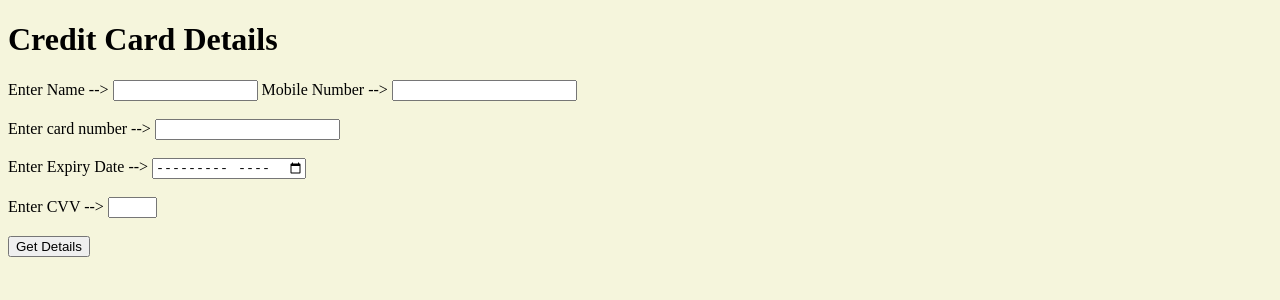
Repository: Amrinshaik/Day10
Page: CreditCardDetails/WebContent/creditCard.html
These files come from the project's save history. The page is drawn as it stood at one moment and after the next save; the edit follows.
The browser window is 1280 px wide. The pictures show the whole page.

Above is the page before, as saved 2018-09-06 09:37:36.

### CreditCardDetails/WebContent/creditCard.html
<!DOCTYPE html>
<html>
<head>
<meta charset="ISO-8859-1">
<title>Credit Card Details</title>

</head>
<h1>Credit Card Details</h1>
<body bgcolor="beige">
<form action="displaydetails"  method="post">

<label>Enter Name</label> -->
<input type="text" name="EmployeeName" size=15/>

<label>Mobile Number</label> -->
<input type="number" pattern="[7-9]{1}[0-9]{9}"  name="MobileNumber" maxlength="10">
<br></br>
<label>Enter card number</label> -->
<input type="number" name="Card Number"  size=16  maxlength="16">
<br></br>
<label>Enter Expiry Date</label> -->
<input type="month" name="Expiry Date" size=10/>
<br></br>
<label>Enter CVV</label> -->
<input type="password" name="CVV" maxlength="3" size=3/>
<br></br>
<input type="submit" value="Get Details"/>
<br></br>
</form>
</body>
</html>

After the next save:
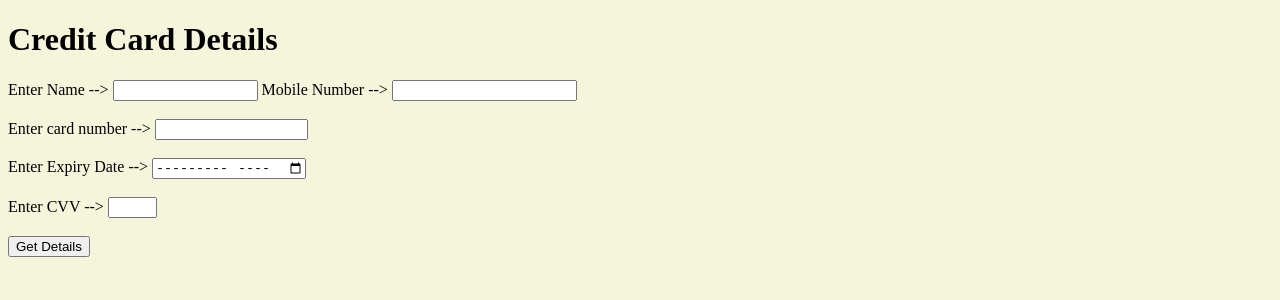
Saved 2 min 16 s later.
--- a/CreditCardDetails/WebContent/creditCard.html
+++ b/CreditCardDetails/WebContent/creditCard.html
@@ -16,7 +16,7 @@
 <input type="number" pattern="[7-9]{1}[0-9]{9}"  name="MobileNumber" maxlength="10">
 <br></br>
 <label>Enter card number</label> -->
-<input type="number" name="Card Number"  size=16  maxlength="16">
+<input type="int" name="Card Number"  size=16  maxlength="16">
 <br></br>
 <label>Enter Expiry Date</label> -->
 <input type="month" name="Expiry Date" size=10/>

After the 2 saves that followed:
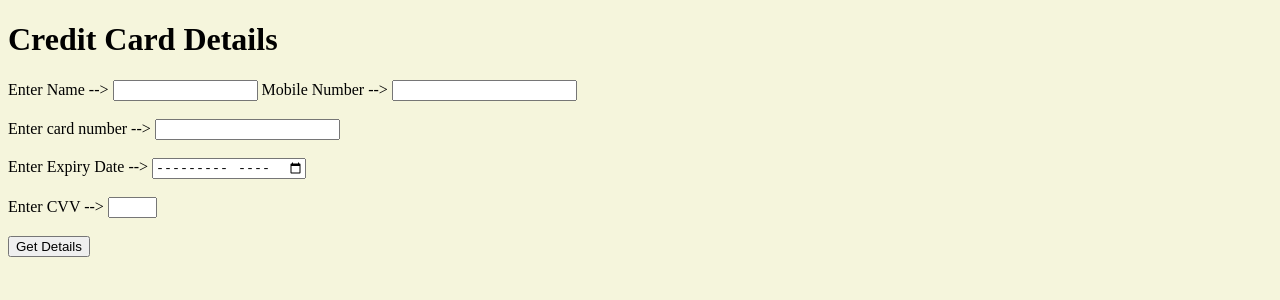
The 2 saves are shown as one change because 1 left the picture as it was.
The last was saved 3 min 28 s later.
--- a/CreditCardDetails/WebContent/creditCard.html
+++ b/CreditCardDetails/WebContent/creditCard.html
@@ -13,10 +13,10 @@
 <input type="text" name="EmployeeName" size=15/>
 
 <label>Mobile Number</label> -->
-<input type="number" pattern="[7-9]{1}[0-9]{9}"  name="MobileNumber" maxlength="10">
+<input type="tel" pattern="[7-9]{1}[0-9]{9}"  name="MobileNumber" maxlength="10">
 <br></br>
 <label>Enter card number</label> -->
-<input type="int" name="Card Number"  size=16  maxlength="16">
+<input type="number" name="Card Number"  size=16  maxlength="16">
 <br></br>
 <label>Enter Expiry Date</label> -->
 <input type="month" name="Expiry Date" size=10/>
